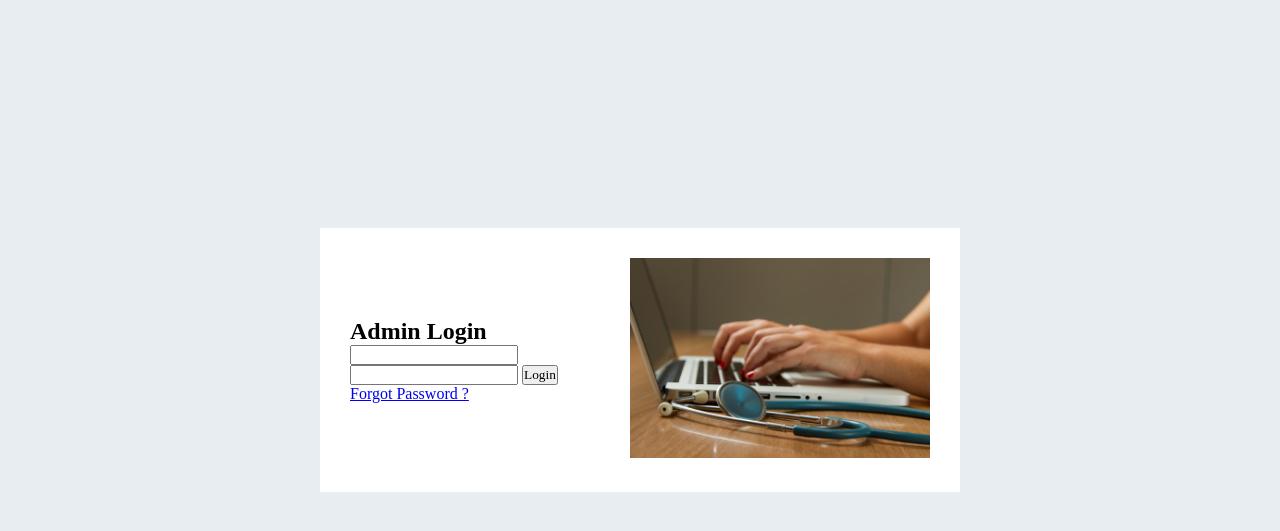
Repository: GauraVPandeyyy/Final-Neuro-dentica
Page: http://localhost/Admin-Panel/login.php
The author's editor kept a copy of each file at every save. The page is drawn from the files as they stood at one save, then again after a run of saves.
The browser window is 1280 px wide. The pictures show the whole page.
The page is run by PHP 8.4 with error messages shown; the project is at /var/www/html/.

Above is the page before, as saved 2024-11-10 19:16:22.

### Admin-Panel/login.php
<!DOCTYPE html>
<html lang="en">

<head>
    <meta charset="UTF-8">
    <title>Admin Login</title>
    <link rel="stylesheet" href="login.css">
</head>

<body>
    <div class="container">
        <div class="myForm">
            <h2>Admin Login</h2>
            <form method="POST">
                <!-- <label for="username">Username:</label> -->
                <input type="text" name="username" id="username" required>

                <!-- <label for="password">Password:</label> -->
                <input type="password" name="password" id="password" required>

                <button type="submit" name="login">Login</button>
            </form>
            <div class="extra">
                <a href="#">Forgot Password ?</a>
            </div>

        </div>
        <div class="image">
            <img src="DoctorImage.jpg" alt="" width="300px">
        </div>

    </div>
    <?php

    require("../config.php");

    if (isset($_POST['login'])) {


        $query = "SELECT * FROM `admin_users` WHERE `username` = '$_POST[username]' AND `password` = '$_POST[password]'";

        $result = mysqli_query($conn, $query);

        if (mysqli_num_rows($result) === 1) {
            session_start();
            $_SESSION['admin_logged_in'] = true;
            // $_SESSION['adminLoggedIn'] = $_POST['username'];
            header("Location: dashboard.php");
            exit();
        } else {
            echo "<script> alert('Incorrect Password');</script>";
        }
    }
    ?>

</body>

</html>

### config.php
<?php
$host = "localhost";
$user = "root";        // Default XAMPP username
$password = "";        // Default XAMPP password
$dbname = "mkappointmentdb"; // Your database name

$conn = new mysqli($host, $user, $password, $dbname);

if ($conn->connect_error) {
    die("Connection failed: " . $conn->connect_error);
}
?>

### Admin-Panel/login.css
*{
    padding: 0;
    margin: 0;
    box-sizing: border-box;
    font-family: poppins;
}
body{
    background-color: #e8edf2;
    /* display: flex;
    align-items: center;
    justify-content: center; */
}
.container{
    position: absolute;
    top: 50%;
    left: 50%;
    transform: translate(-50%,-50%);

    display: flex;
    align-items: center;
    flex-direction: row;

    background-color: #fff;
    padding: 30px;
}

div.container div.myForm{
    width: 170;
}

After the next 2 saves:
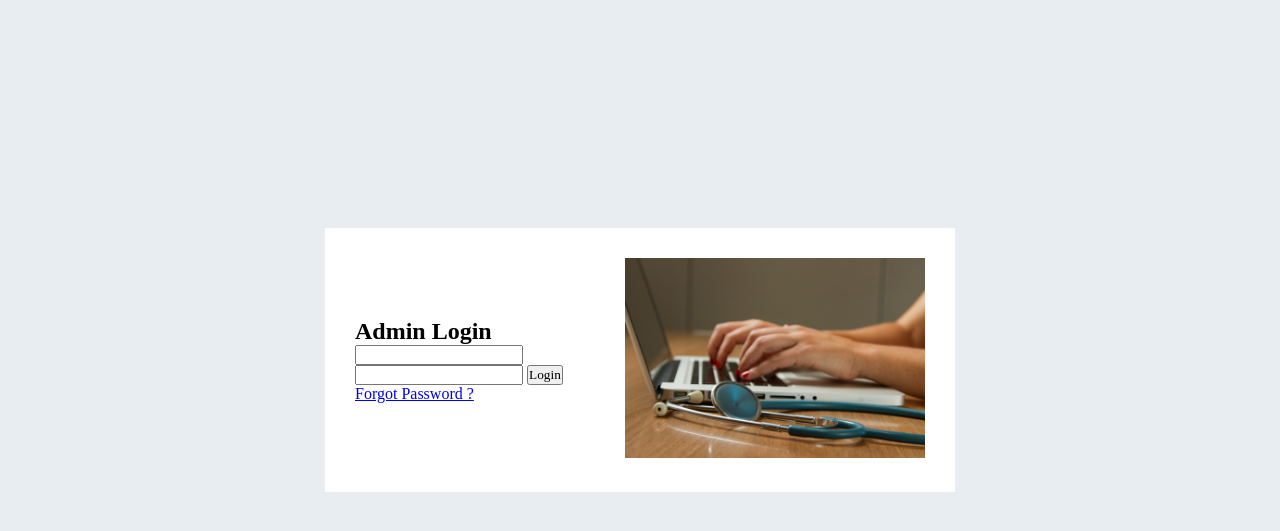
The 2 saves are shown as one change because they came seconds apart.
The last was saved 6 s later.
--- a/Admin-Panel/login.css
+++ b/Admin-Panel/login.css
@@ -25,5 +25,5 @@ body{
 }
 
 div.container div.myForm{
-    width: 170;
+    width: 270px;
 }
